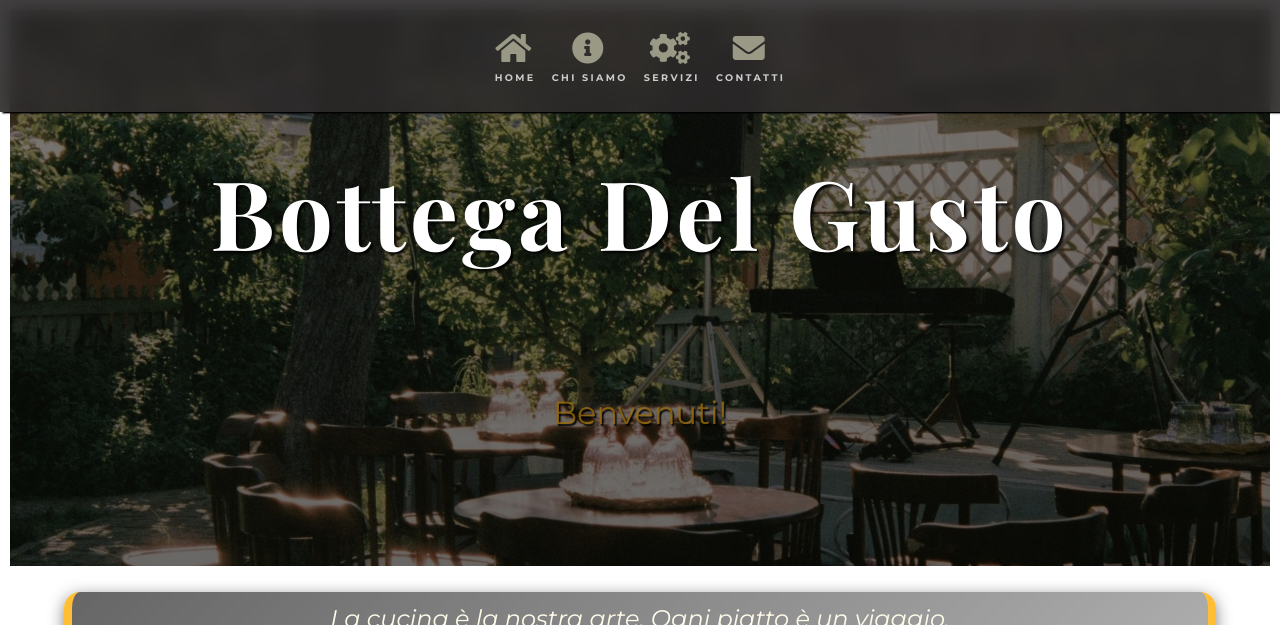
Repository: Probyte5D/ResponsiveFoodWebsite
Page: index.html
These files come from the project's save history. The page is drawn as it stood at one moment and after the next save; the edit follows.
The browser window is 1280 px wide. The pictures show the part of the page from y = 0 to 625 px (the page is 2840 px tall).
A picture or video elsewhere on the page could not be fetched, so the positions and the page height are approximate. Backgrounds fixed to the window are drawn as part of the page. Some web fonts or font styles are not loaded; a fallback is used.

Above is the page before, as saved 2025-04-22 18:13:40.

After the next save:
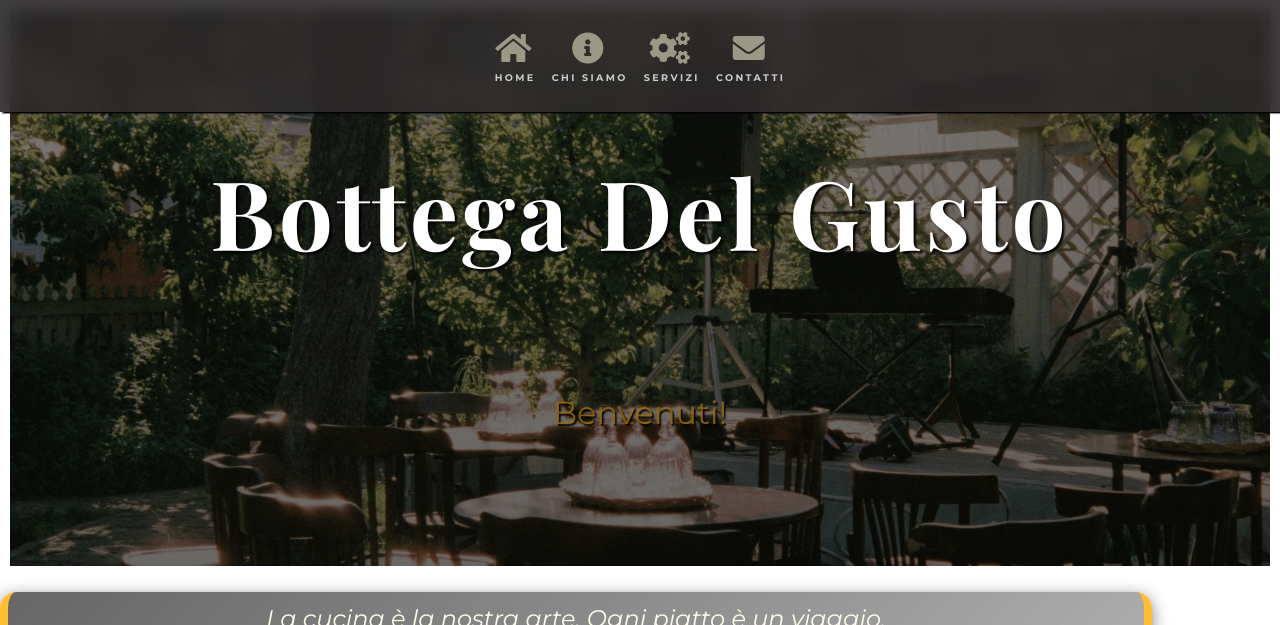
Saved 16 s later.
--- a/style.css
+++ b/style.css
@@ -830,9 +830,6 @@ padding-left: 2rem;
     animation: fadeInUp 1.5s ease-out;
     backdrop-filter: blur(5px); /* Effetto vetro */
 
-  /* Centrato orizzontalmente */
-  margin-left: auto;
-  margin-right: auto;
   }
 
 @keyframes fadeInUp {
